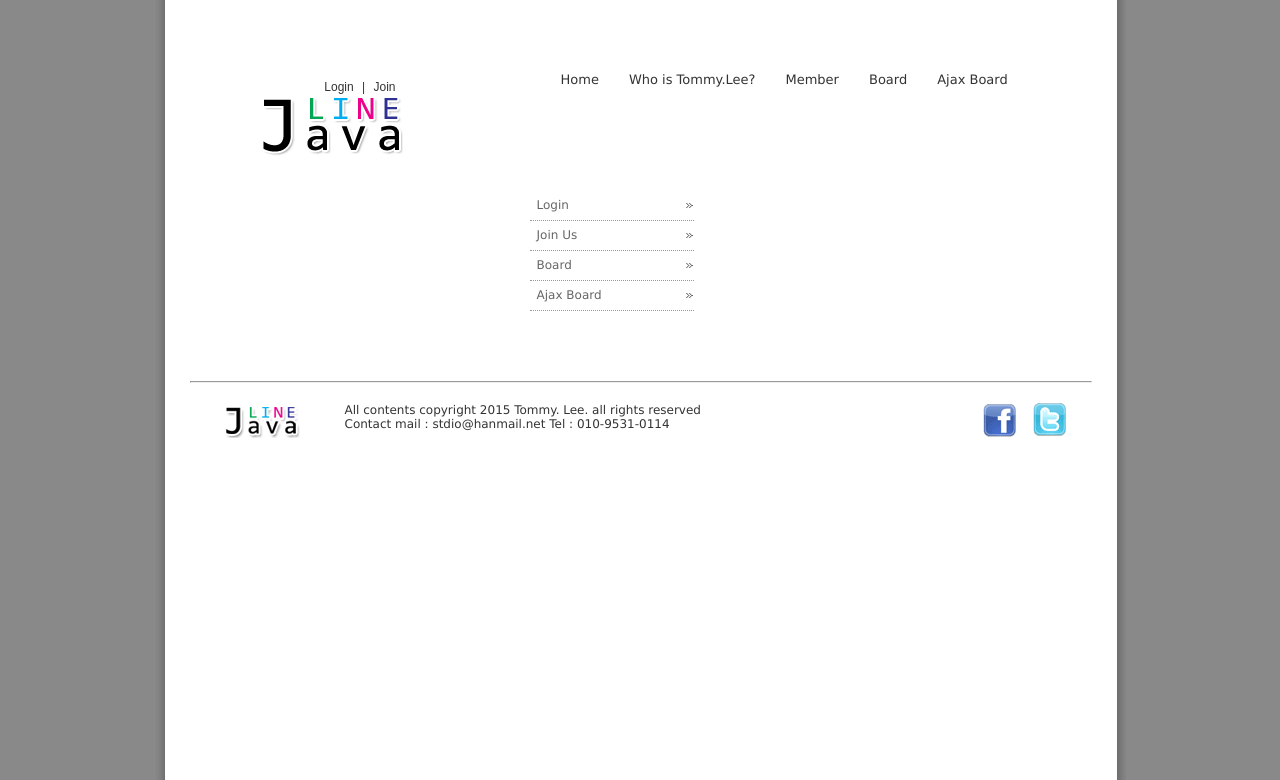
Repository: JIYEON25/HTML-CSS-JS
Page: myJSP/myHTML/src/main/webapp/default.html
An editor plug-in stored every save of this project. The page is shown before and after the next save, followed by the edit.
The browser window is 1280 px wide. The pictures show the whole page.

Above is the page before, as saved 2023-09-06 06:44:17.

### myJSP/myHTML/src/main/webapp/default.html
<!DOCTYPE html>
<html lang="ko">
<head>
  <meta charset="UTF-8">
  <link rel="stylesheet" type="text/css" href="css/default.css">
  <title>페이지 전체 구조</title>
</head>
<body>
<div id="wrap">
  <header>
    <div id="logo">
    <div id="login"><a href="#">Login</a> | <a href="#">Join</a></div>
	<div class="clear"></div>
      <img src="images/logo.png" width="265" height="62" alt="Javaline Web">
    </div>
    <div>
    <nav id="top_menu">
		<ul>
			<li><a href="#">Home</a></li>
			<li><a href="#">Who is Tommy.Lee?</a></li>
			<li><a href="#">Member</a></li>
			<li><a href="#">Board</a></li>
			<li><a href="#">Ajax Board</a></li>
		</ul>
	</nav>
	</div>
	</header>
    <!--왼쪽의 서브메뉴가 들어가는 곳-->
    <nav id="sub_menu">
		<ul>
			<li><a href="#">Login</a>
			<li><a href="#">Join Us</a>
			<li><a href="#">Board</a>
			<li><a href="#">Ajax Board</a>
		</ul>
	</nav>
	<!--실제 내용 콘텐츠가 들어가는 곳-->
	<article>
		<div class="clear"></div>
	</article>
	<!-- 푸터가 들어가는 곳 -->
	<footer>
		<hr>
		<div id="copy">
		All contents copyright 2015 Tommy. Lee. all rights reserved<br>
		Contact mail : stdio@hanmail.net Tel : 010-9531-0114
		</div>
		<div id="social">
		<img src="images/facebook.gif" width="33" height="33" alt="Facdebook">
		<img src="images/twitter.gif" width="33" height="34" alt="Twitter">
		</div>
	</footer>

 </div>
</body>
</html>

### myJSP/myHTML/src/main/webapp/css/default.css
@charset "UTF-8";

body{
	background-color:#898989;
	margin:0; padding:0; font-size:0.75em;
	line-height:1.2em; color:#333;
}

#wrap{
	width:971px; /*각 웹페이지의 크기에 맞게 사이즈 조정*/
	text-align:left; margin:0;
	margin-right:auto; margin-left: auto;
	background-image:url(../images/shadow.png);
	background-repeat:repeat-y;
	min-height:780px;
}

#logo{
	float:left; width:265px; margin:60px 0 0 40px;
}

header{
	height:151px;
}

.clear {
	clear:both;
}

nav#top_menu{
	width:600px;
	margin:50px 20px 0 0;
	float:right;
}

nav#top_menu ul{
	list-style:none;
	font-family:Verdana, Geneva, sans-serif;
	font-size:13px; font-weight:100; color:#333;
}

nav#top_menu ul li{
	float:left; margin:0 5px;
}

nav#top_menu a{
	display:block; height:20px; padding:10px; text-decoration:none; color:#333;
}

nav#top_menu a:hover{
	background-image:url(../images/blue.gif);
	background-repeat:repeat-x;
	background-position:bottom;
}

#login{
	float:right; margin:20px 64px 0 0; font-family:Arial, Helvetica, sans-serif;
	font-size:12px; word-spacing:5px;
}

#login a{
	text-decoration:none; color:#333;
}

#login a:hover{
	color:#F90;
}

footer{
	margin:50px 0 0 0; height:80px;
	background-image:url(../images/under_logo.png);
	background-repeat:no-repeat;
	background-position:40px center;
}

footer hr{
	width:900px; margin:0 0 0 35px;
}

footer #copy{
	font-family:Verdana, Geneva, sans-serif;
	width:450px; margin:20px 0 0 190px; float:left;
}

footer #social{
	width:130px; margin:20px 20px 0 0; float:right;
}

footer #social img{
	margin:0 7px;
}

#sub_menu{
	width:238px; float:left; margin:20px;
	font-family:Verdana, Geneva, sans-serif;
	font-size:1em;
}

#sub_menu ul{
	margin:20px 0 0 10px; list-style:none;
}

#sub_menu a{
	text-decoration:none; color:#666; display:block;
	height:15px; width:150px; padding:7px;
	border-bottom-width: 1px;
	border-bottom-style: dotted;
	border-bottom-color:#999;
	background-image: url(../images/bullet.gif);
	background-repeat:no-repeat;
	background-position:right center;
}

#sub_menu a:hover{
	background-image:url(../images/bullet_orange.gif);
	background-repeat:no-repeat;
	background-position:right center;
	color:#F90;
}

#sub_img{
	width:971px; height:179px;
	background-image:url(images/sub_back.png);
	background-repeat:no-repeat;
	background-position:left top;
}

After the next save:
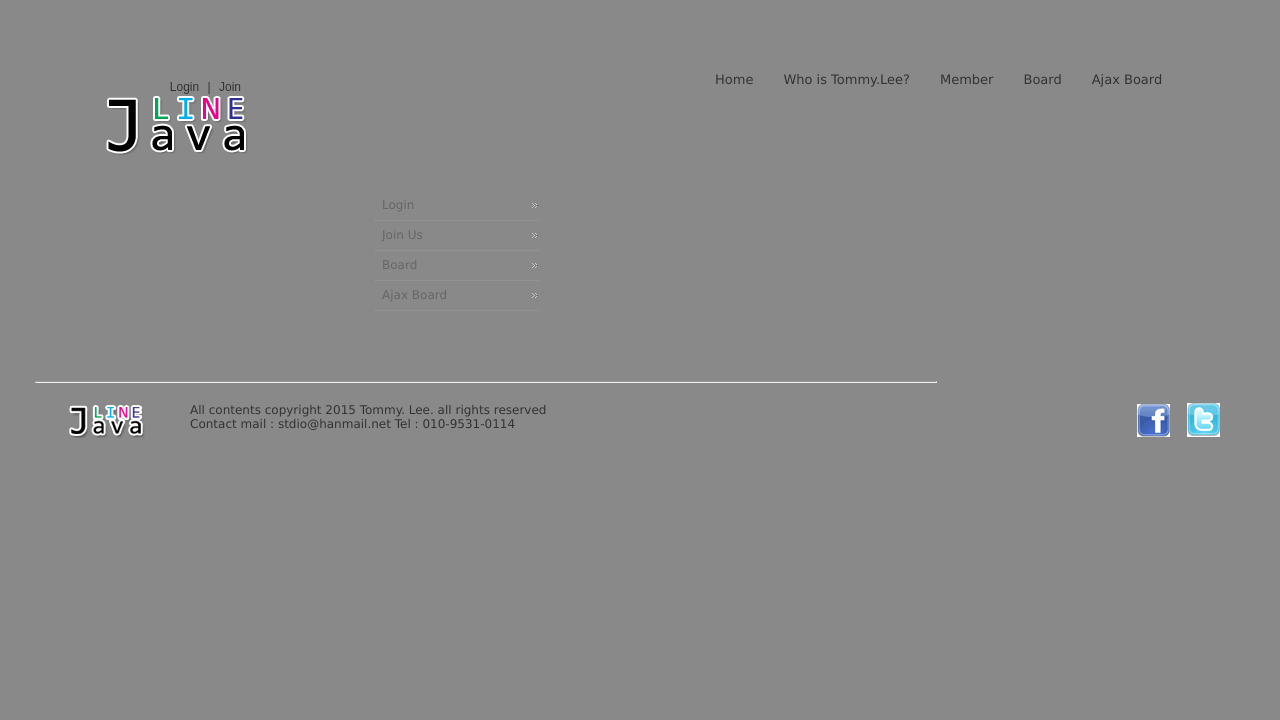
Saved 3 min 20 s later.
--- a/myJSP/myHTML/src/main/webapp/default.html
+++ b/myJSP/myHTML/src/main/webapp/default.html
@@ -6,7 +6,7 @@
   <title>페이지 전체 구조</title>
 </head>
 <body>
-<div id="wrap">
+<div id="warp">
   <header>
     <div id="logo">
     <div id="login"><a href="#">Login</a> | <a href="#">Join</a></div>
